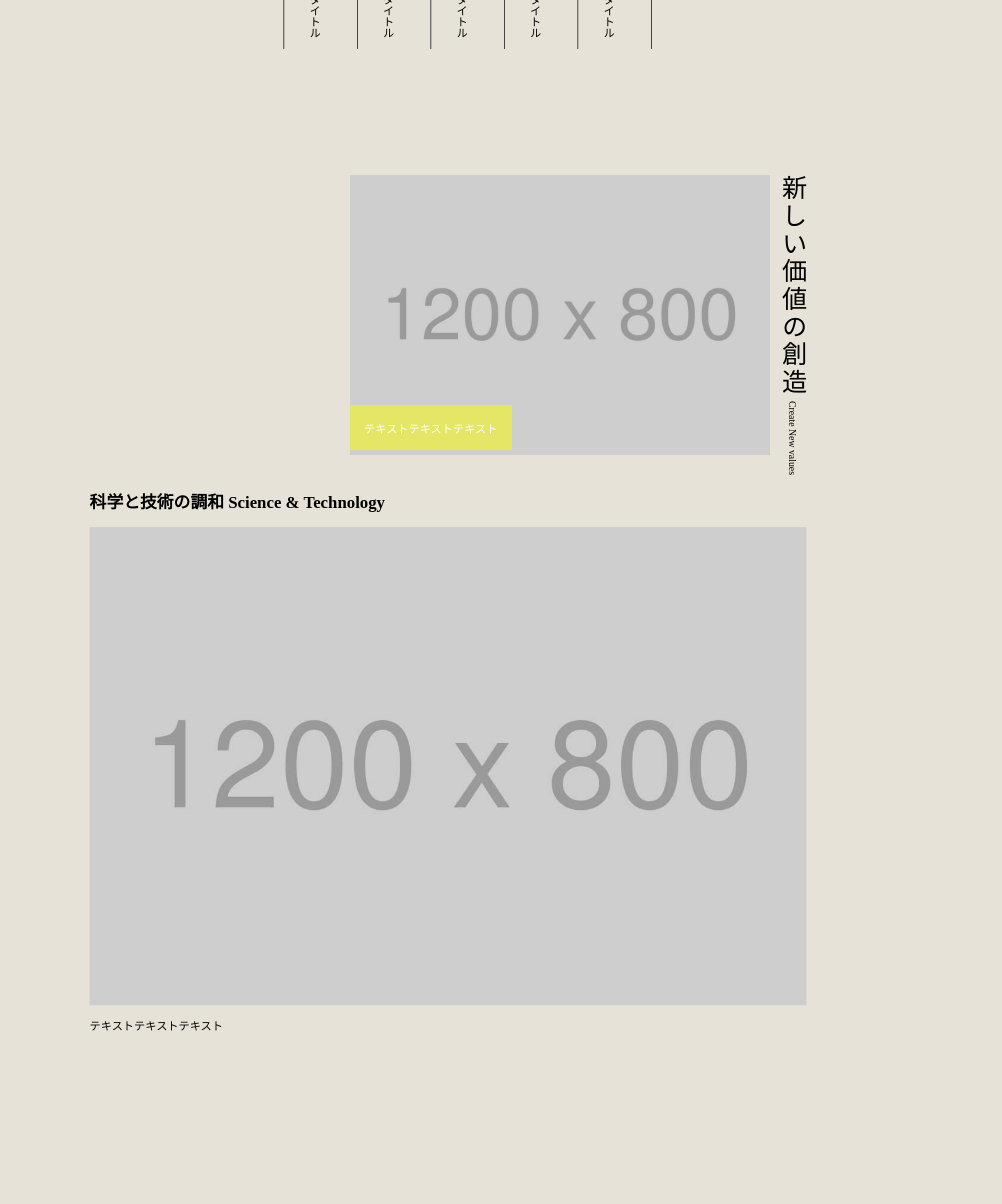
Repository: Fuki-san/wagashi
Page: http://localhost/wagashi
The author's editor kept a copy of each file at every save. The page is drawn from the files as they stood at one save, then again after the next save.
The browser window is 1280 px wide. The page is 1432 px wide, so the pictures cover 1432 px, including what lies to the right of the window. The pictures show the part of the page from y = 1300 to 3020 px (the page is 3636 px tall before and 3647 px after), at 70% of full size.
Pictures or frames that could not be fetched are drawn as grey boxes. The page is served by the project's Laravel application, run on PHP 8.4 with Laravel 10.

Above is the page before, as saved 2023-12-09 16:28:52.

After the next save:
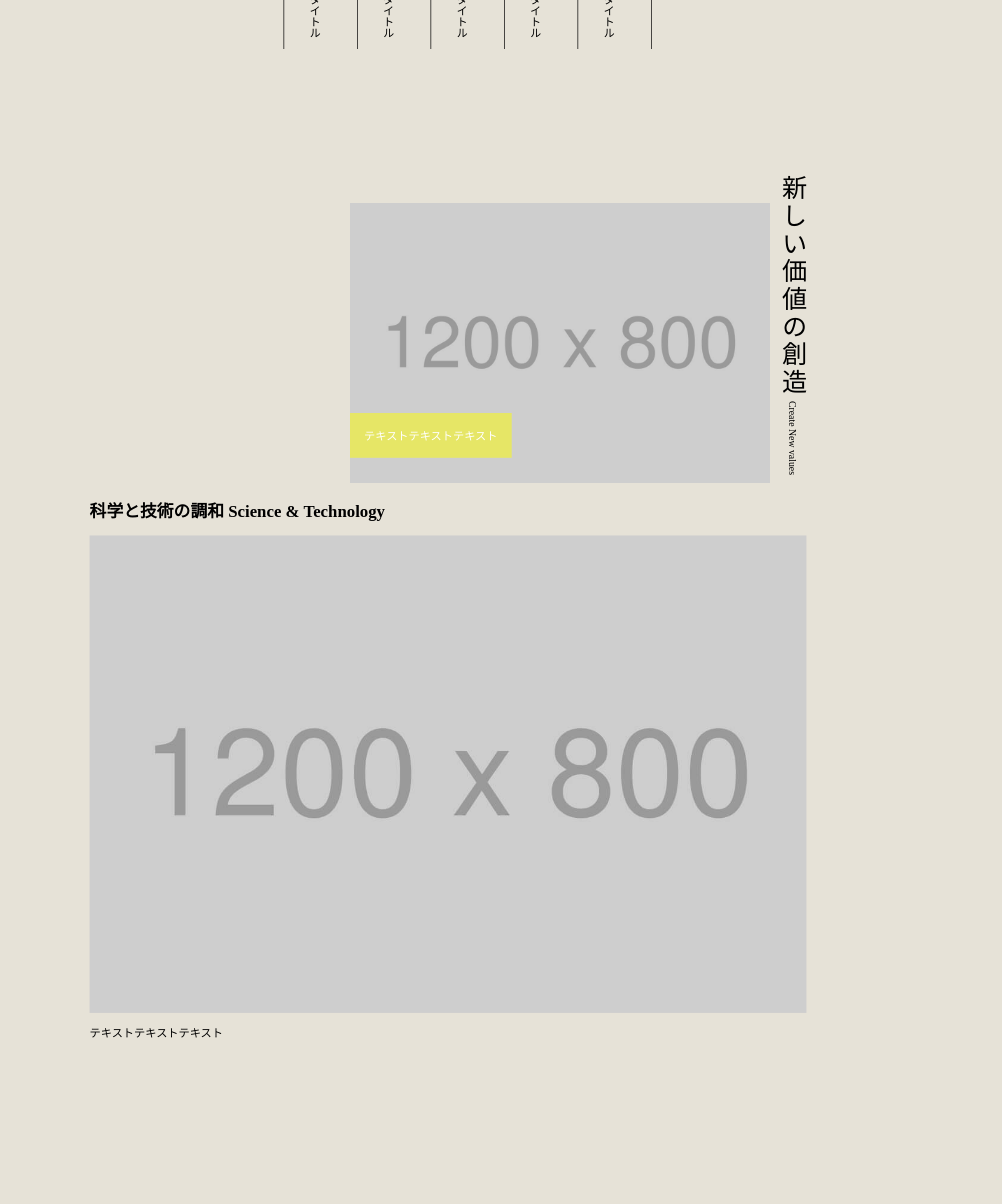
Saved 21 s later.
--- a/public/css/style.css
+++ b/public/css/style.css
@@ -146,7 +146,7 @@
 }
 #products1 .img{
     width: 600px;
-    padding: ;
+    padding-top: 40px;
 
     position: relative;
 }

After the save that followed:
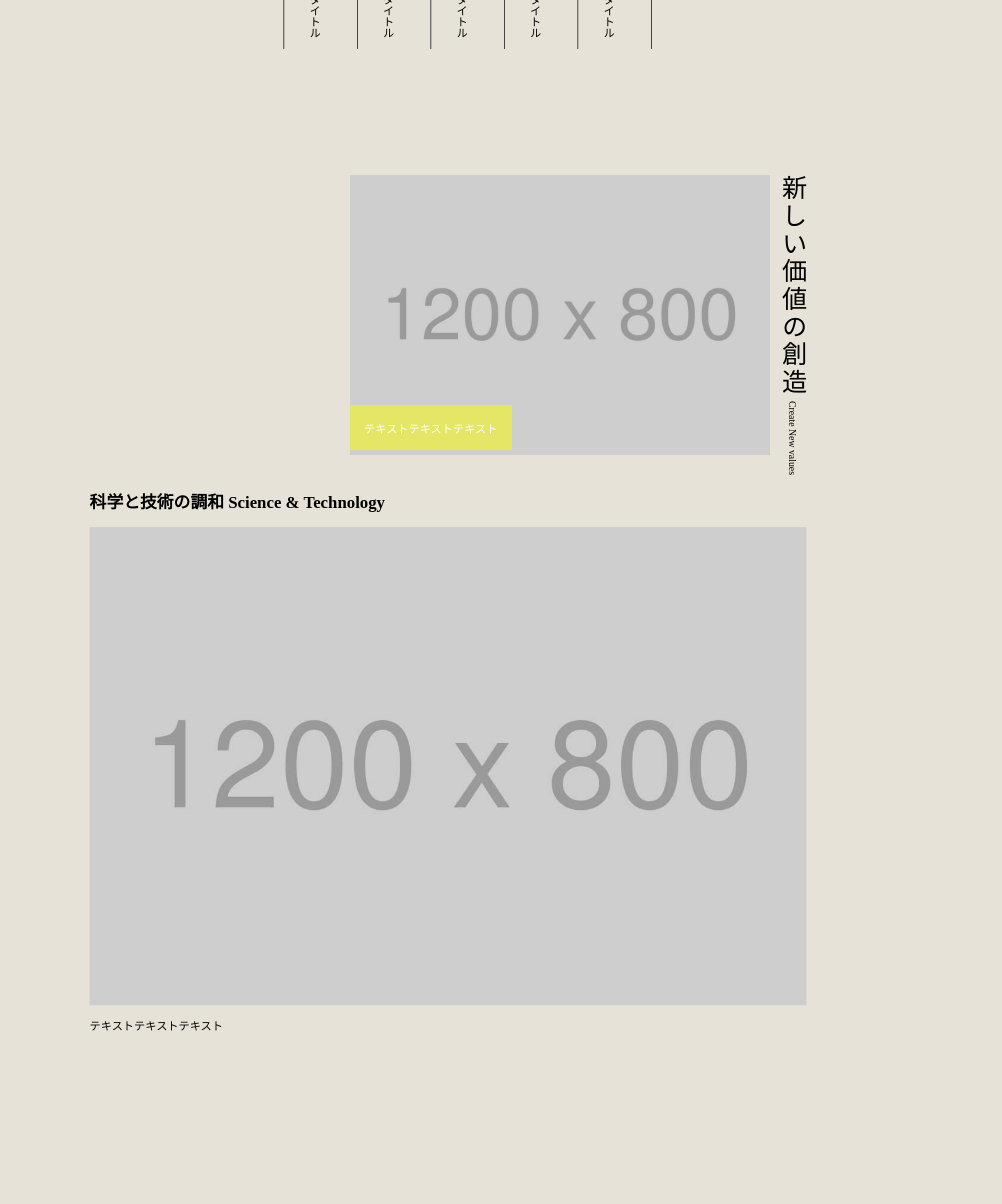
Saved 11 s later.
--- a/public/css/style.css
+++ b/public/css/style.css
@@ -146,7 +146,7 @@
 }
 #products1 .img{
     width: 600px;
-    padding-top: 40px;
+    padding-top: 0px;
 
     position: relative;
 }
